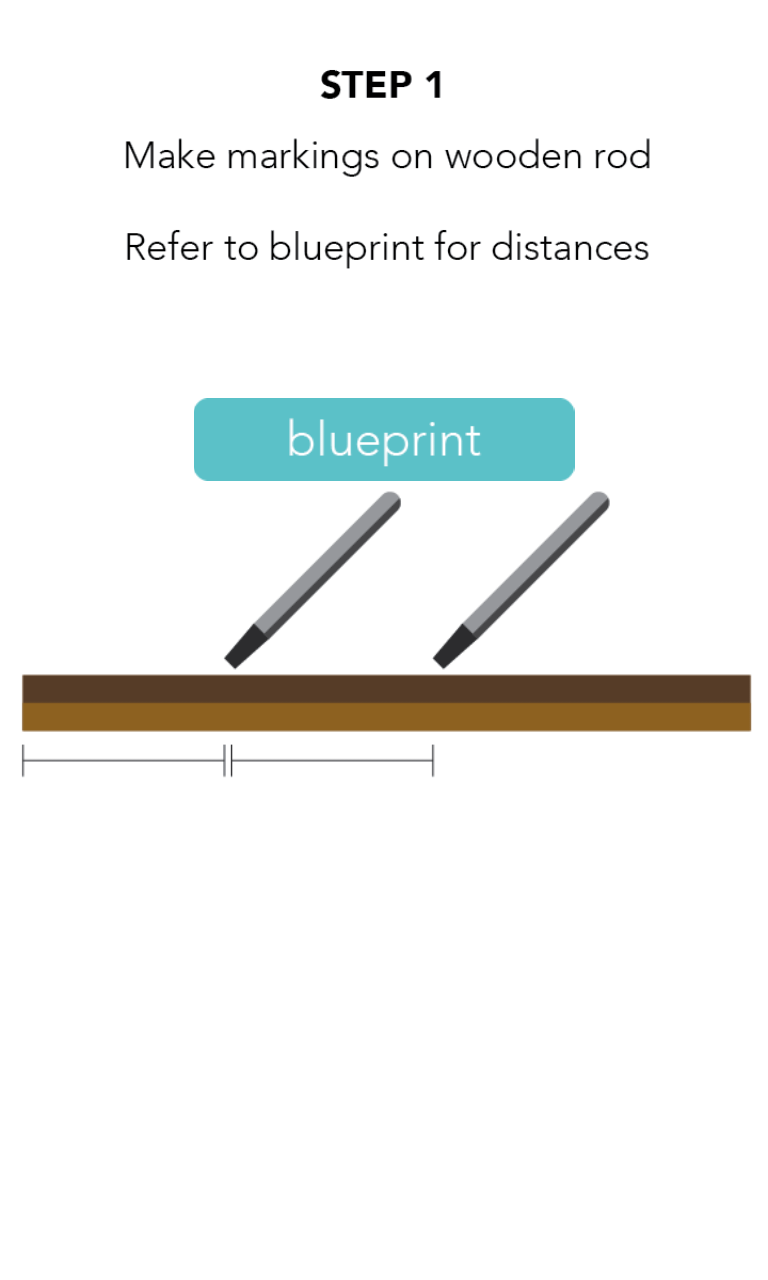
Repository: sbobhate/Android-Applications
Layout: EWBProject/res/layout/fragment_page2.xml
The author's editor kept a copy of each file at every save. The layout is drawn from the files as they stood at one save, then again after the next save.
It is drawn on a 768 x 1280 px phone screen (xhdpi) without system bars, with theme AppTheme; the app's code is not run.

Above is the layout before, as saved 2014-02-22 02:09:10.

After the next save:
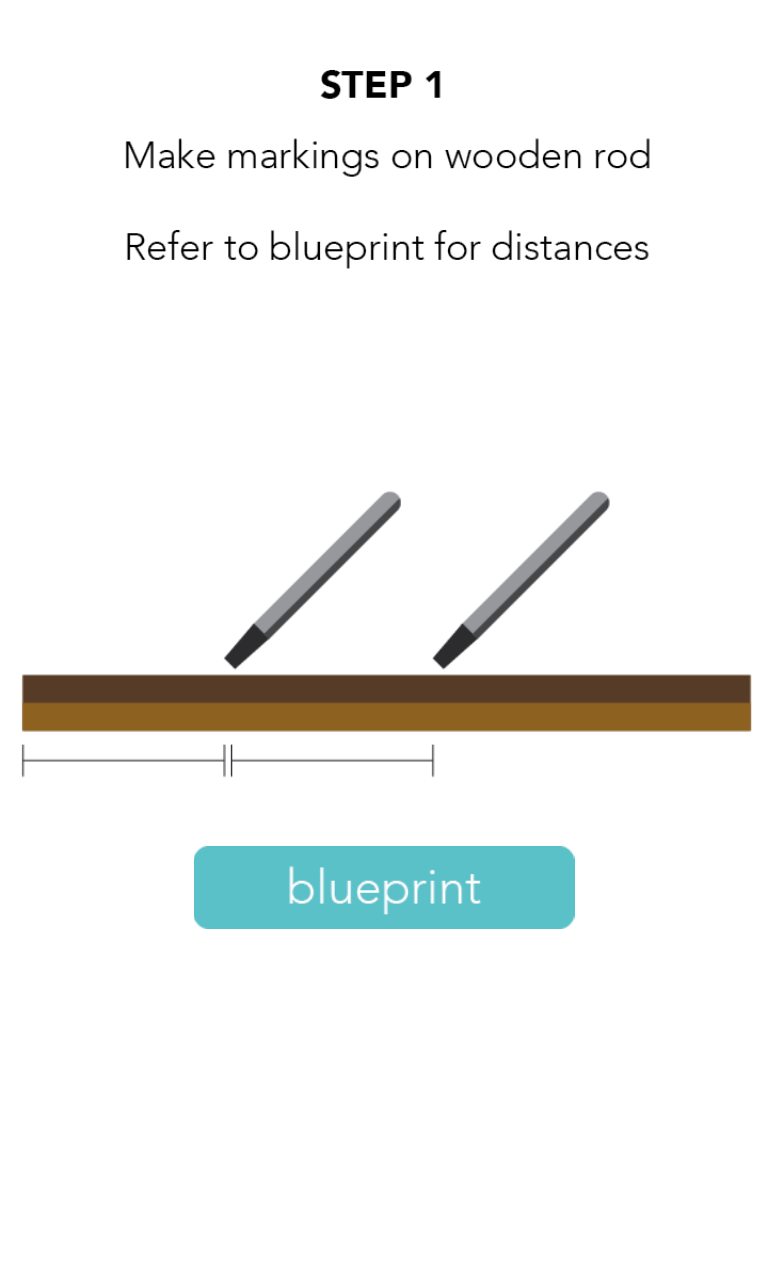
Saved 9 s later.
--- a/EWBProject/res/layout/fragment_page2.xml
+++ b/EWBProject/res/layout/fragment_page2.xml
@@ -21,15 +21,13 @@
         android:layout_marginTop="50dp"
         />
 
-
-
     <ImageView
         android:id="@+id/blueprint"
         android:src="@drawable/blueprint"
         android:contentDescription="@string/blueprint"
         android:layout_width="fill_parent"
         android:layout_height="wrap_content"
-        android:layout_below="@+id/step1Tutorial"
+        android:layout_below="@+id/step1"
         android:layout_marginTop="25dp"
         />
 
